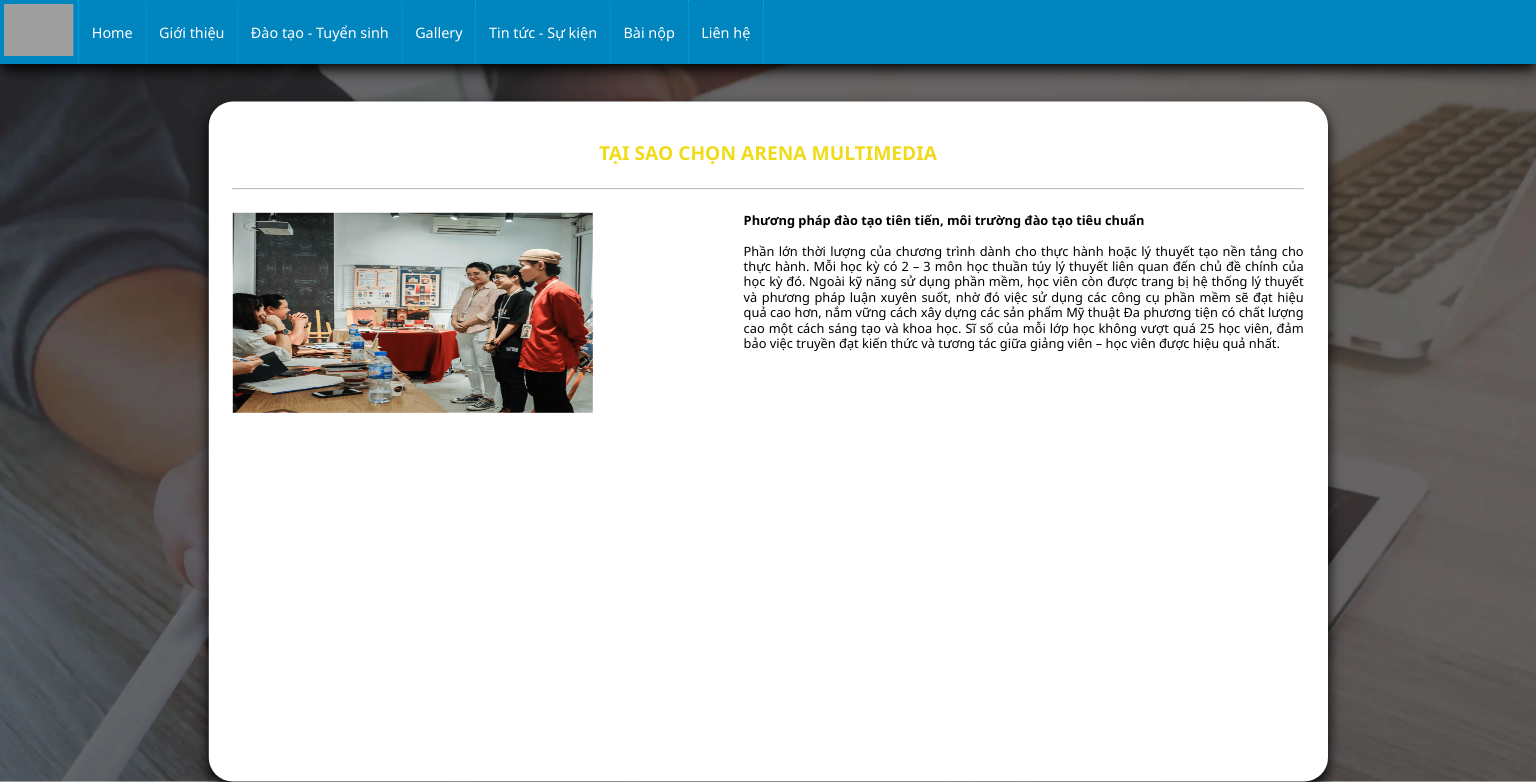
Repository: arena-dttan/dcw-final-exam-d2107m1
Page: final-list/DCW_Final_5_Nguyen-Thi-Thu-Huong_D2107M1/gioi-thieu.html
An editor plug-in stored every save of this project. The page is shown before and after a run of saves, followed by the edit.
The browser window is 1280 px wide. The page is 1920 px wide, so the pictures cover 1920 px, including what lies to the right of the window. The pictures show the whole page, at 80% of full size.
Pictures or frames that could not be fetched are drawn as grey boxes.

Above is the page before, as saved 2022-06-26 15:19:44.

After the next 2 saves:
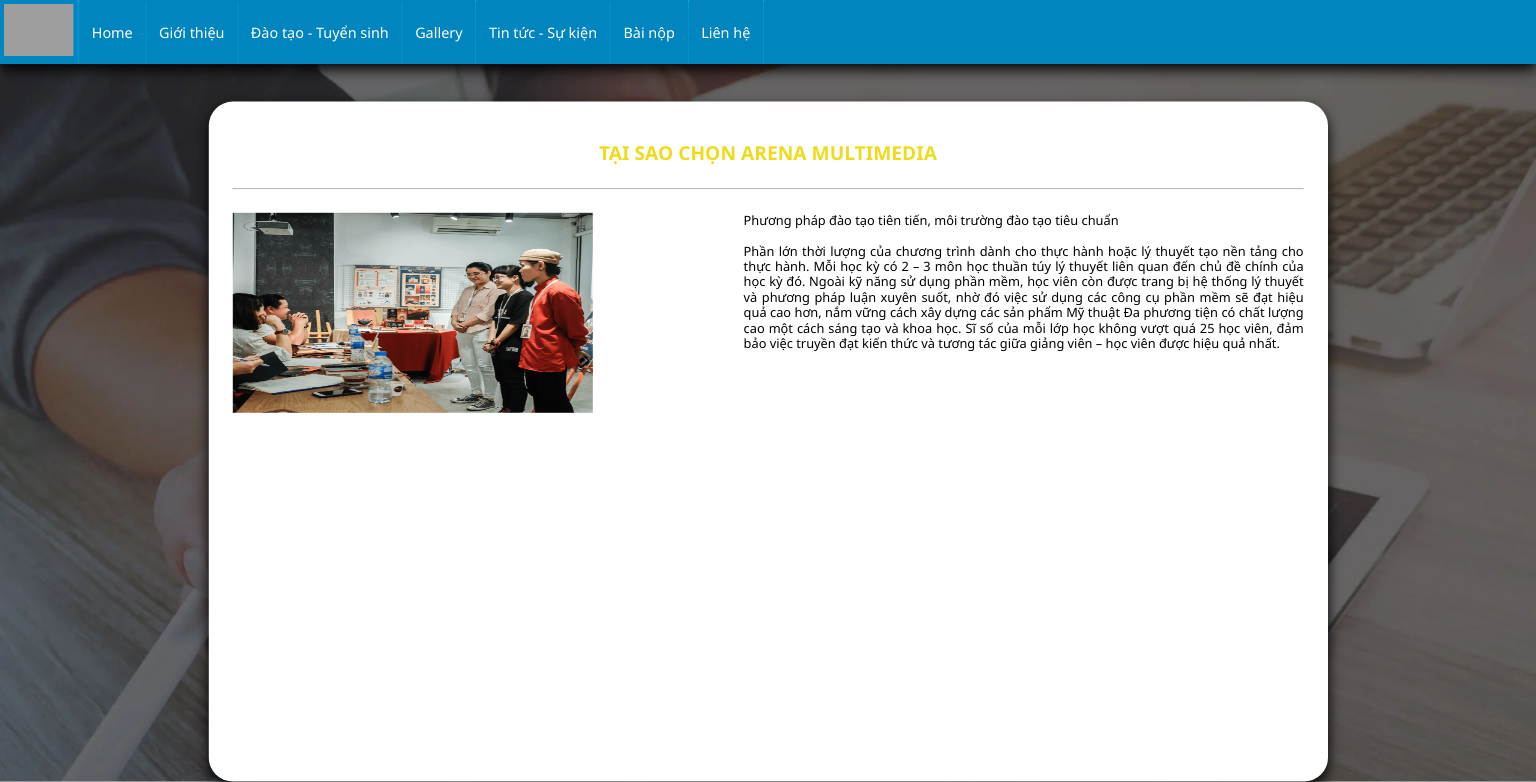
The 2 saves are shown as one change because they came seconds apart.
The last was saved 20 s later.
--- a/final-list/DCW_Final_5_Nguyen-Thi-Thu-Huong_D2107M1/gioi-thieu.html
+++ b/final-list/DCW_Final_5_Nguyen-Thi-Thu-Huong_D2107M1/gioi-thieu.html
@@ -68,7 +68,7 @@
                     <div class="img-test">
                         <img src="./images/gioi-thieu-1.png" alt="gioi-thieu-1">
                         <P>
-                        <b style="text-align: center;">Phương pháp đào tạo tiên tiến, môi trường đào tạo tiêu chuẩn</b>
+                        <b></b>Phương pháp đào tạo tiên tiến, môi trường đào tạo tiêu chuẩn</b>
                         <br>
                         <br>
                         Phần lớn thời lượng của chương trình dành cho thực hành hoặc lý thuyết
